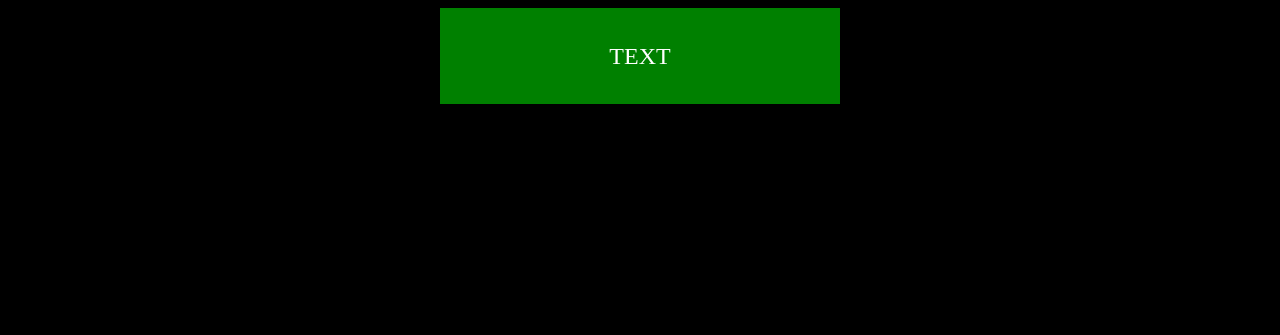
Repository: rajratangm/xcalculator
Page: /
The author's editor kept a copy of each file at every save. The page is drawn from the files as they stood at one save, then again after a run of saves.
The browser window is 1280 px wide. The pictures show the whole page.
The project was rebuilt for these pictures with package versions that can differ from the ones it lists, and the page was loaded fresh each time. Also part of the build but not shown: vite.config.js, src/Component/Keyboard.jsx.

Above is the page before, as saved 2024-04-02 18:56:40.

After the next 5 saves:
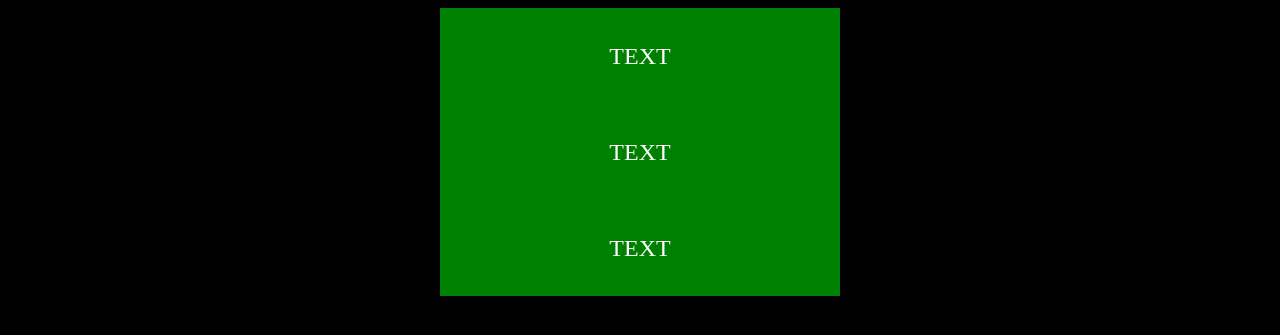
The 5 saves are shown as one change because they came seconds apart.
The last was saved 12 s later.
--- a/src/App.jsx
+++ b/src/App.jsx
@@ -13,6 +13,8 @@ function App() {
     <div className='calculator-wrapper'>
    <div className='row'>
     <Button/>
+    <Button/>
+    <Button/>
 
    </div>
     </div>

After the 3 saves that followed:
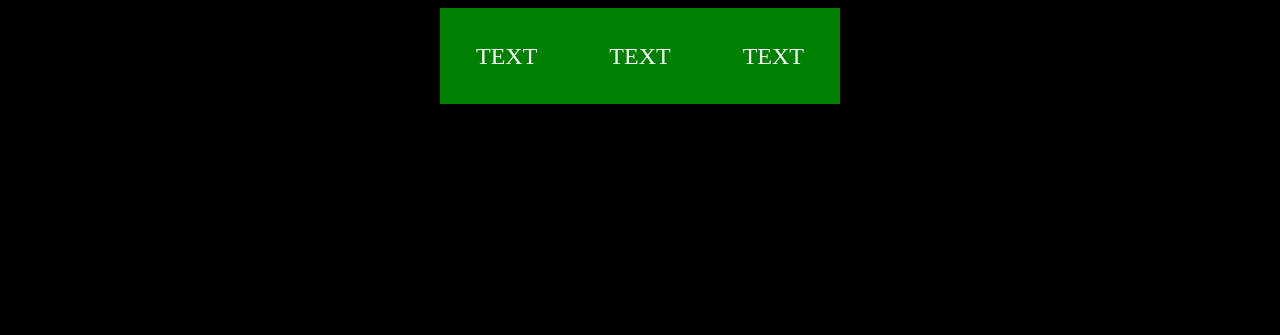
The 3 saves are shown as one change because 1 left the picture as it was and some came seconds apart.
The last was saved 28 s later.
--- a/src/App.css
+++ b/src/App.css
@@ -15,3 +15,7 @@ body{
   border-radius: 16px;
 
 }
+
+.row{
+  display: flex;
+}
